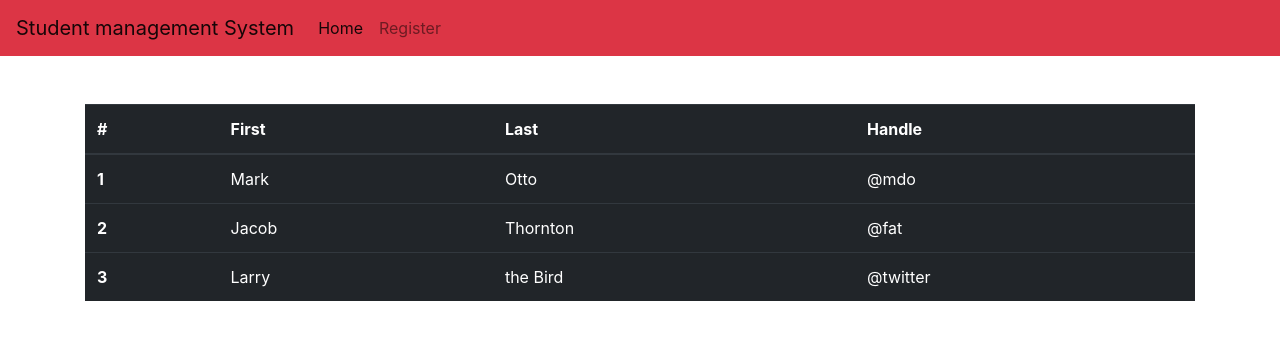
Repository: arindolghosh44/spring
Page: http://localhost/index
An editor plug-in stored every save of this project. The page is shown before and after the next save, followed by the edit.
The browser window is 1280 px wide. The pictures show the whole page.
Some web libraries are served in a nearby version. The page is this project's Thymeleaf template; nobody is signed in. The template is opened directly, without the code that normally fills it, so the values that code supplies are empty.

Above is the page before, as saved 2024-01-20 04:20:14.

After the next save:
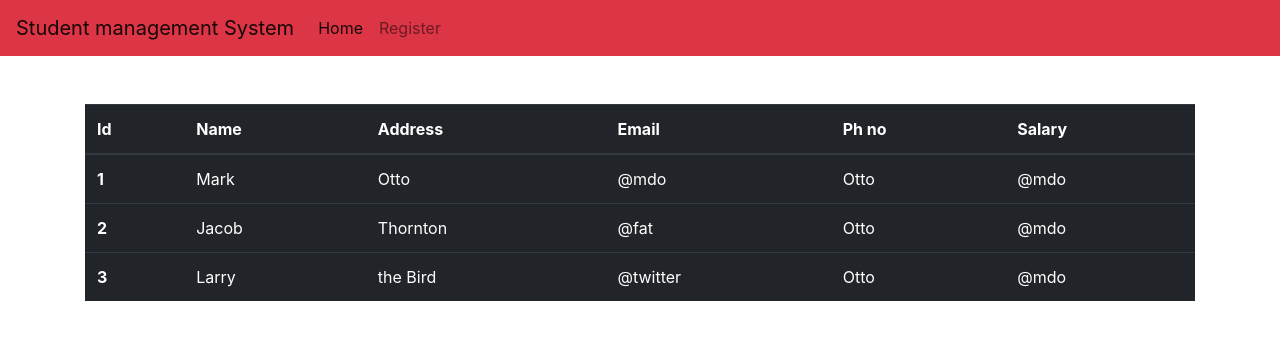
Saved 108 s later.
--- a/emp_management_System1-1/src/main/resources/templates/index.html
+++ b/emp_management_System1-1/src/main/resources/templates/index.html
@@ -58,10 +58,12 @@
     <table class="table table-dark">
   <thead>
     <tr>
-      <th scope="col">#</th>
-      <th scope="col">First</th>
-      <th scope="col">Last</th>
-      <th scope="col">Handle</th>
+      <th scope="col">Id</th>
+      <th scope="col">Name</th>
+      <th scope="col">Address</th>
+      <th scope="col">Email</th>
+        <th scope="col">Ph no</th>
+          <th scope="col">Salary</th>
     </tr>
   </thead>
   <tbody>
@@ -70,18 +72,24 @@
       <td>Mark</td>
       <td>Otto</td>
       <td>@mdo</td>
+        <td>Otto</td>
+      <td>@mdo</td>
     </tr>
     <tr>
       <th scope="row">2</th>
       <td>Jacob</td>
       <td>Thornton</td>
       <td>@fat</td>
+        <td>Otto</td>
+      <td>@mdo</td>
     </tr>
     <tr>
       <th scope="row">3</th>
       <td>Larry</td>
       <td>the Bird</td>
       <td>@twitter</td>
+        <td>Otto</td>
+      <td>@mdo</td>
     </tr>
   </tbody>
 </table>
